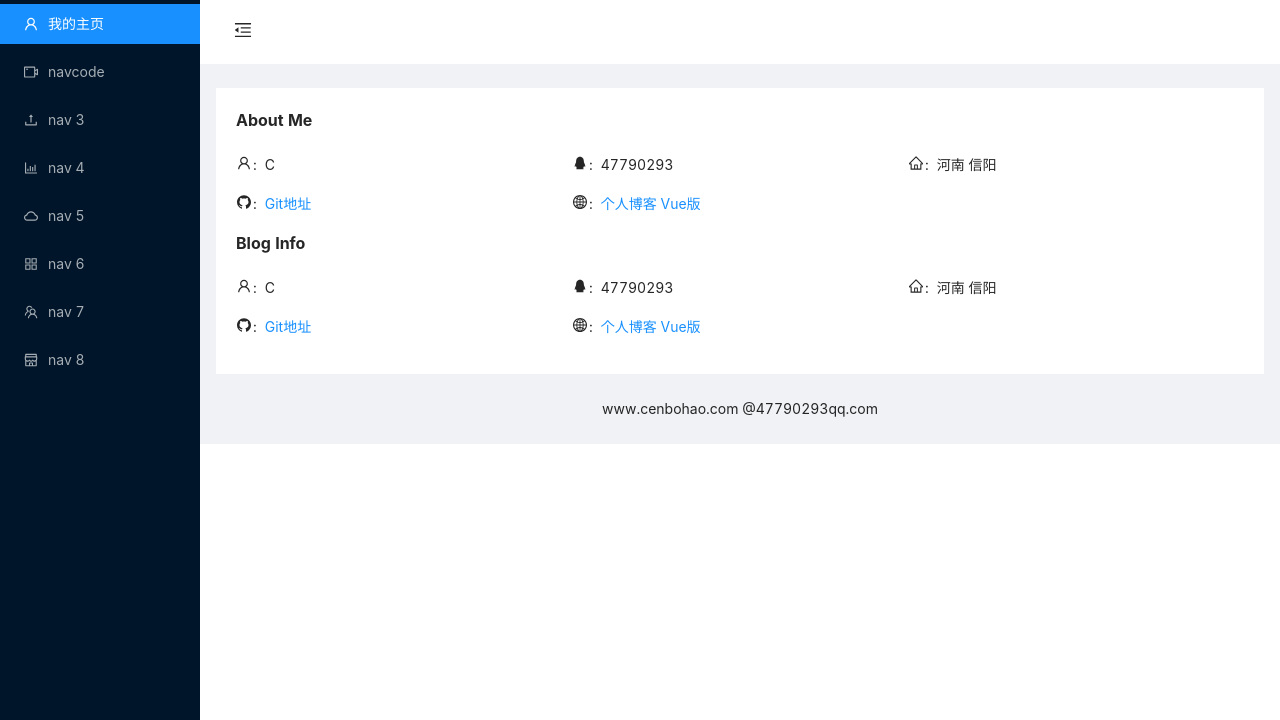
Repository: CBH20010703/bolgsweb
Page: /index (app in blogs/)
These files come from the project's save history. The page is drawn as it stood at one moment and after the next save; the edit follows.
The browser window is 1280 px wide. The pictures show the whole page.
The project was rebuilt for these pictures with package versions that can differ from the ones it lists, and the page was loaded fresh each time. Also part of the build but not shown: blogs/src/view/Login/Login.jsx, blogs/src/component/Menu/MenuList.css, blogs/src/view/Home/Home.css, blogs/src/view/NavCode/NavCode.css, blogs/src/view/NavCode/NavCode.jsx, blogs/src/view/404/Error.jsx.

Above is the page before, as saved 2021-06-27 22:33:06.

### blogs/src/index.js
import React from 'react';
import ReactDOM from 'react-dom';
import './index.css';
import App from './App';
import { BrowserRouter} from 'react-router-dom'


ReactDOM.render(<BrowserRouter><App /></BrowserRouter>,document.getElementById('root'));

### blogs/src/App.js
import './App.css';
import { React, Component } from "react";

import  RouterMap from "./router/RouterMap"
export default class  App extends Component {
  constructor(props) {
    super(props);
    this.state = {  collapsed: false, }
  }
  toggle = (data) => {
     console.log(data)
    this.setState({
      collapsed: data,
    });
  };
  render() {
    return (
      <RouterMap/>
    );
  }
}

### blogs/src/router/RouterMap.js
import React from 'react'
import {  Route, Switch} from 'react-router-dom'
import Login from "../view/Login/Login"
import Context from '../view/context/context'
import Error from '../view/404/Error'
export default class RouterMap  extends React.Component {
    render() {
        return (


            <Switch>
                 <Route  path="/"  component={Context}/>
                <Route path="/login" component={Login} />

                    <Route path="*" component={Error} />

               </Switch>


        )
    }
}

### blogs/src/view/context/context.jsx

import { React, Component } from "react";
import Headers from '../../component/Header/Headers';
import MenuList from '../../component/Menu/MenuList';
import Footers from '../../component/Footer/Footers';

import { Layout } from 'antd';
import { Redirect, Route, Switch } from 'react-router-dom'
import Home from "../Home/Home.jsx";
import Navcode from "../NavCode/NavCode.jsx"
import Error from "../404/Error";
const { Content, Sider } = Layout;
export default class Context extends Component {
  constructor(props) {
    super(props);
    this.state = { collapsed: false, }
  }
  toggle = (data) => {
    console.log(data)
    this.setState({
      collapsed: data,
    });
  };
  render() {
    return (

      <Layout>
        <Sider trigger={null} collapsible collapsed={this.state.collapsed}
          style={{
            overflow: 'auto',
            height: '100vh',
            position: 'fixed',
            left: 0,
          }}
        >
          <MenuList />
        </Sider>
        <Layout className="site-layout" style={{ paddingLeft: this.state.collapsed ? "60px" : "200px", transition: "0.1s ease" }}>
          <Headers toggle={this.toggle} parent={this.state.collapsed}></Headers>
          <Content style={{ margin: '24px 16px 0', height: "auto", background: "#fff" }}>
            <Switch>
              <Route path="/index" component={Home} />
              <Route path="/NavCode" component={Navcode} />
              <Route path="*" component={Error} />
              <Redirect to="/index"></Redirect>
            </Switch>
          </Content>
          <Footers />
        </Layout>
      </Layout>


    );
  }
}

### blogs/src/component/Header/Headers.jsx
import React, { Component } from 'react'
import { Layout } from 'antd';


import {
  MenuUnfoldOutlined,
  MenuFoldOutlined,
} from '@ant-design/icons';
import "./Headers.css"
const { Header } = Layout;
export default class Headers extends Component {
    constructor(props) {
        super(props)
        this.state = {
            isShow:false
        }
    }
    Tab = () => {
        let { isShow } = this.state;
        this.setState({
            isShow:!isShow
        })
        this.props.toggle(!isShow);

    }
    render() {

        return (

                <Header className="site-layout-background" style={{ paddingLeft:"10px" }} >
                     {React.createElement(this.state.isShow ? MenuUnfoldOutlined : MenuFoldOutlined, {
              className: 'trigger',
                         onClick: this.Tab,

            })}
                </Header>

        )
    }
}

### blogs/src/component/Menu/MenuList.jsx
import React, { Component } from 'react'
import { Menu } from 'antd';
import {Link} from 'react-router-dom'
import "./MenuList.css"
import {
  AppstoreOutlined,
  BarChartOutlined,
  CloudOutlined,
  ShopOutlined,
  TeamOutlined,
  UserOutlined,
  UploadOutlined,
  VideoCameraOutlined,
} from '@ant-design/icons';
export default class MenuList extends Component {
  render() {
    return (

         <Menu theme="dark" mode="inline" defaultSelectedKeys={['1']}>
          <Menu.Item key="1"  icon={<UserOutlined />}>
          <Link to="/index"> 我的主页
            </Link>

          </Menu.Item>
          <Menu.Item key="2" icon={<VideoCameraOutlined />}>
          <Link to="/NavCode"> navcode
            </Link>

          </Menu.Item>
          <Menu.Item key="3" icon={<UploadOutlined />}>
            nav 3
          </Menu.Item>
          <Menu.Item key="4" icon={<BarChartOutlined />}>
            nav 4
          </Menu.Item>
          <Menu.Item key="5" icon={<CloudOutlined />}>
            nav 5
          </Menu.Item>
          <Menu.Item key="6" icon={<AppstoreOutlined />}>
            nav 6
          </Menu.Item>
          <Menu.Item key="7" icon={<TeamOutlined />}>
            nav 7
          </Menu.Item>
          <Menu.Item key="8" icon={<ShopOutlined />}>
            nav 8
          </Menu.Item>
        </Menu>
    )
  }
}

### blogs/src/component/Footer/Footers.jsx
import React, { Component } from 'react'
import { Layout } from 'antd';
const {  Footer } = Layout;
export default class Footers extends Component {
    render() {
        return (
            <div>
               <Footer style={{ textAlign: 'center' }}>www.cenbohao.com @47790293qq.com</Footer>
            </div>
        )
    }
}

### blogs/src/view/Home/Home.jsx
import React, { Component } from 'react'
import "./Home.css"
import { Descriptions, Progress } from 'antd';
import { UserOutlined, QqOutlined, HomeOutlined, GithubOutlined, GlobalOutlined } from '@ant-design/icons';
export default class Home extends Component {

    handleClick = e => {
        console.log('click ', e);
    };
    render() {
        return (

            <div style={{ padding: "20px" }}>
                <Descriptions title="About Me">
                    <Descriptions.Item label={<UserOutlined />}>C</Descriptions.Item>
                    <Descriptions.Item label={<QqOutlined />}>47790293</Descriptions.Item>
                    <Descriptions.Item label={<HomeOutlined />}>河南 信阳</Descriptions.Item>
                    <Descriptions.Item label={<GithubOutlined />}><a href="https://github.com/CBH20010703"  >Git地址</a></Descriptions.Item>
                    <Descriptions.Item label={<GlobalOutlined />} span={2}>
                        <a href="http://www.cenbohao.com/">个人博客 Vue版</a>
                    </Descriptions.Item>
                </Descriptions>

                <Descriptions title="Blog Info">
                    <Descriptions.Item label={<UserOutlined />}>C</Descriptions.Item>
                    <Descriptions.Item label={<QqOutlined />}>47790293</Descriptions.Item>
                    <Descriptions.Item label={<HomeOutlined />}>河南 信阳</Descriptions.Item>
                    <Descriptions.Item label={<GithubOutlined />}><a href="https://github.com/CBH20010703"  >Git地址</a></Descriptions.Item>
                    <Descriptions.Item label={<GlobalOutlined />} span={2}>
                        <a href="http://www.cenbohao.com/">个人博客 Vue版</a>
                    </Descriptions.Item>
                </Descriptions>
            </div>

        )
    }
}

### blogs/src/component/Header/Headers.css
.site-layout .site-layout-background {
    background: #fff;
}

 .trigger {
    padding: 0 24px;
    font-size: 18px;
    line-height: 64px;
    cursor: pointer;
    transition: color 0.3s;
}

 .trigger:hover {
    color: #1890ff;
}

Loaded but not shown: blogs/public/index.html (common file); blogs/src/index.css (common file); blogs/src/App.css (common file)

After the next save:
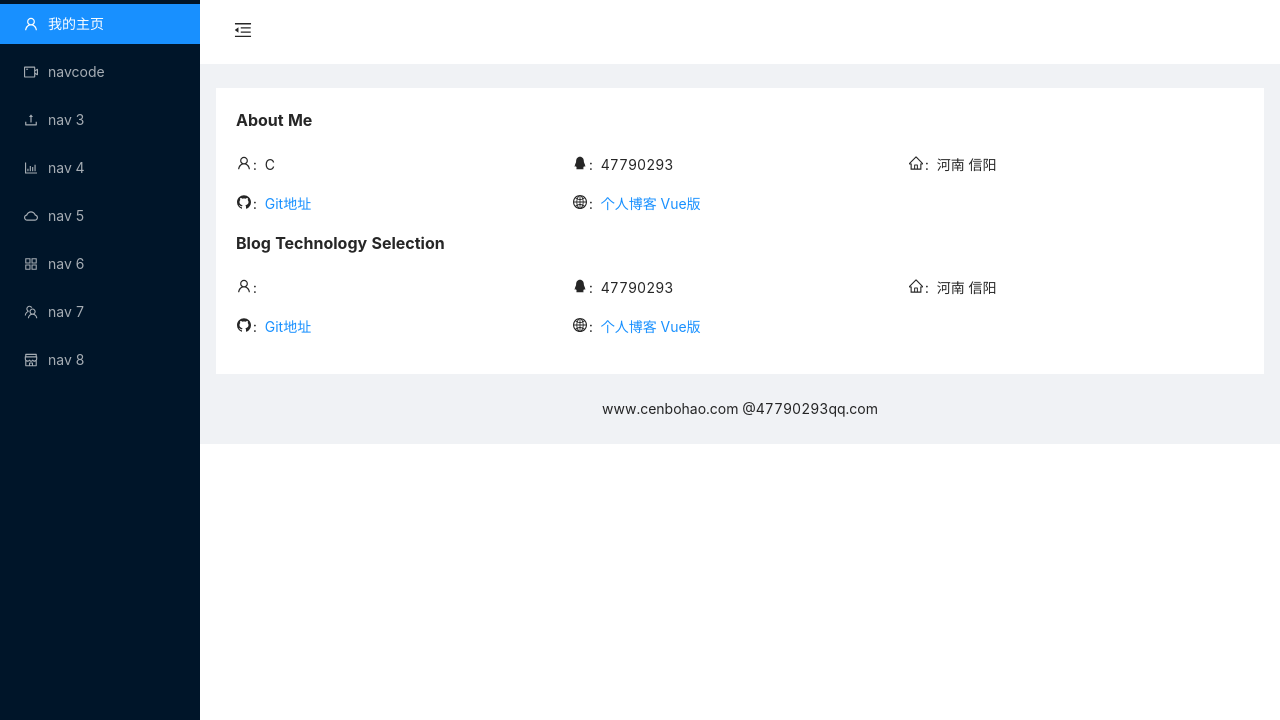
Saved 47 s later.
--- a/blogs/src/view/Home/Home.jsx
+++ b/blogs/src/view/Home/Home.jsx
@@ -21,8 +21,8 @@ export default class Home extends Component {
                     </Descriptions.Item>
                 </Descriptions>
 
-                <Descriptions title="Blog Info">
-                    <Descriptions.Item label={<UserOutlined />}>C</Descriptions.Item>
+                <Descriptions title="Blog Technology Selection">
+                    <Descriptions.Item label={<UserOutlined />}></Descriptions.Item>
                     <Descriptions.Item label={<QqOutlined />}>47790293</Descriptions.Item>
                     <Descriptions.Item label={<HomeOutlined />}>河南 信阳</Descriptions.Item>
                     <Descriptions.Item label={<GithubOutlined />}><a href="https://github.com/CBH20010703"  >Git地址</a></Descriptions.Item>
